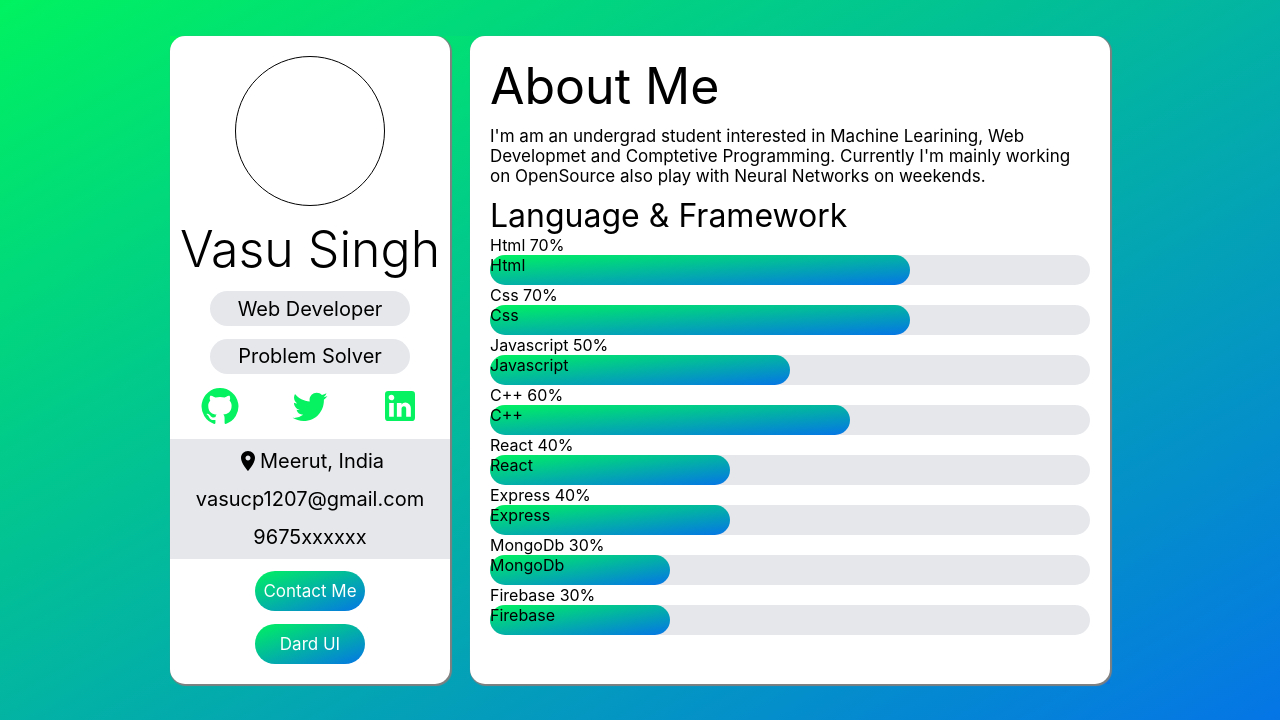
Repository: vasucp1207/grid-port
Page: /about
The author's editor kept a copy of each file at every save. The page is drawn from the files as they stood at one save, then again after the next save.
The browser window is 1280 px wide. The pictures show the whole page.
Some web fonts or font styles are not loaded; a fallback is used. The project was rebuilt for these pictures with package versions that can differ from the ones it lists, and the page was loaded fresh each time. Also part of the build but not shown: src/pages/Home.js, src/pages/Projects.js.

Above is the page before, as saved 2022-08-17 01:50:01.

### public/index.html
<!DOCTYPE html>
<html lang="en">
  <head>
    <meta charset="utf-8" />
    <link rel="icon" href="%PUBLIC_URL%/favicon.ico" />
    <meta name="viewport" content="width=device-width, initial-scale=1" />
    <meta name="theme-color" content="#000000" />
    <meta
      name="description"
      content="Web site created using create-react-app"
    />
    <link rel="apple-touch-icon" href="%PUBLIC_URL%/logo192.png" />
    <!--
      manifest.json provides metadata used when your web app is installed on a
      user's mobile device or desktop. See https://developers.google.com/web/fundamentals/web-app-manifest/
    -->
    <link rel="manifest" href="%PUBLIC_URL%/manifest.json" />
    <link rel="preconnect" href="https://fonts.googleapis.com">
<link rel="preconnect" href="https://fonts.gstatic.com" crossorigin>
<link href="https://fonts.googleapis.com/css2?family=Kantumruy+Pro:wght@200;300&family=Open+Sans:ital,wght@0,300;0,600;0,700;1,800&family=Poppins:wght@400;600&family=Raleway:wght@300&family=Roboto+Flex:opsz,wght@8..144,300;8..144,400;8..144,500&display=swap" rel="stylesheet">
    <!--
      Notice the use of %PUBLIC_URL% in the tags above.
      It will be replaced with the URL of the `public` folder during the build.
      Only files inside the `public` folder can be referenced from the HTML.

      Unlike "/favicon.ico" or "favicon.ico", "%PUBLIC_URL%/favicon.ico" will
      work correctly both with client-side routing and a non-root public URL.
      Learn how to configure a non-root public URL by running `npm run build`.
    -->
    <title>React App</title>
  </head>
  <body>
    <noscript>You need to enable JavaScript to run this app.</noscript>
    <div id="root"></div>
    <!--
      This HTML file is a template.
      If you open it directly in the browser, you will see an empty page.

      You can add webfonts, meta tags, or analytics to this file.
      The build step will place the bundled scripts into the <body> tag.

      To begin the development, run `npm start` or `yarn start`.
      To create a production bundle, use `npm run build` or `yarn build`.
    -->
  </body>
</html>

### src/index.css
body {
  margin: 0;
  font-family: -apple-system, BlinkMacSystemFont, 'Segoe UI', 'Roboto', 'Oxygen',
    'Ubuntu', 'Cantarell', 'Fira Sans', 'Droid Sans', 'Helvetica Neue',
    sans-serif;
  -webkit-font-smoothing: antialiased;
  -moz-osx-font-smoothing: grayscale;

  --gray: rgb(205, 195, 195);
  background-image: linear-gradient(to right bottom,#00f260,#0575e6);
}

::selection{
  background: rgb(71, 219, 106);
}

### src/App.js
import './App.css';
import { Link, Route, Routes } from 'react-router-dom';
import AboutMe from './pages/AboutMe';
import Home from './pages/Home';
import Projects from './pages/Projects';

function App() {
  return (
    <div>
      <Routes>
        <Route exact path="/" element={<Home />} />
        <Route exact path="/about" element={<AboutMe />} />
        <Route exact path="/projects" element={<Projects />} />
      </Routes>
    </div>
  );
}

export default App;

### src/App.css
:root {
  --d: 700ms;
  --e: cubic-bezier(0.19, 1, 0.22, 1);
  --font-sans: "Rubik", sans-serif;
  --font-serif: "Cardo", serif;
  font-family: Poppins;
}

* {
  box-sizing: border-box;
  padding: 0;
  margin: 0;
}

html, body {
  height: 100vh;
  width: 100vw;
}

body {
  display: grid;
  place-items: center;
}

.page-content {
  display: grid;
  width: 100vw;
  height: 100vh;
  margin: 0 auto;
}
@media (min-width: 600px) {
  .page-content {
    grid-template-columns: repeat(2, 1fr);
  }
}
@media (min-width: 800px) {
  .page-content {
    grid-template-columns: repeat(2, 1fr);
  }
}

.card {
  position: relative;
  display: flex;
  align-items: flex-end;
  overflow: hidden;
  padding: 1rem;
  width: 100%;
  text-align: center;
  color: whitesmoke;
  background-color: whitesmoke;
  box-shadow: 0 1px 1px rgba(0, 0, 0, 0.1), 0 2px 2px rgba(0, 0, 0, 0.1), 0 4px 4px rgba(0, 0, 0, 0.1), 0 8px 8px rgba(0, 0, 0, 0.1), 0 16px 16px rgba(0, 0, 0, 0.1);
}
@media (min-width: 600px) {
  .card {
    height: 100vh;
  }
}
.card:before {
  content: "";
  position: absolute;
  top: 0;
  left: 0;
  width: 100%;
  height: 110%;
  background-size: cover;
  background-position: 0 0;
  transition: transform calc(var(--d) * 1.5) var(--e);
  pointer-events: none;
}
.card:after {
  content: "";
  display: block;
  position: absolute;
  top: 0;
  left: 0;
  width: 100%;
  height: 200%;
  pointer-events: none;
  background-image: linear-gradient(to bottom, rgba(0, 0, 0, 0) 0%, rgba(0, 0, 0, 0.009) 11.7%, rgba(0, 0, 0, 0.034) 22.1%, rgba(0, 0, 0, 0.072) 31.2%, rgba(0, 0, 0, 0.123) 39.4%, rgba(0, 0, 0, 0.182) 46.6%, rgba(0, 0, 0, 0.249) 53.1%, rgba(0, 0, 0, 0.32) 58.9%, rgba(0, 0, 0, 0.394) 64.3%, rgba(0, 0, 0, 0.468) 69.3%, rgba(0, 0, 0, 0.54) 74.1%, rgba(0, 0, 0, 0.607) 78.8%, rgba(0, 0, 0, 0.668) 83.6%, rgba(0, 0, 0, 0.721) 88.7%, rgba(0, 0, 0, 0.762) 94.1%, rgba(0, 0, 0, 0.79) 100%);
  transform: translateY(-50%);
  transition: transform calc(var(--d) * 2) var(--e);
}
.card:nth-child(1):before {
  background-image: url(https://images.unsplash.com/photo-1493612276216-ee3925520721?ixlib=rb-1.2.1&ixid=MnwxMjA3fDB8MHxwaG90by1wYWdlfHx8fGVufDB8fHx8&auto=format&fit=crop&w=2864&q=80);
}
.card:nth-child(2):before {
  background-image: url(https://images.unsplash.com/photo-1492551557933-34265f7af79e?ixlib=rb-1.2.1&ixid=MnwxMjA3fDB8MHxwaG90by1wYWdlfHx8fGVufDB8fHx8&auto=format&fit=crop&w=1740&q=80);
}
.card:nth-child(3):before {
  background-image: url(https://images.unsplash.com/photo-1545243424-0ce743321e11?ixlib=rb-1.2.1&q=80&fm=jpg&crop=entropy&cs=tinysrgb&w=400&fit=max&ixid=eyJhcHBfaWQiOjE0NTg5fQ);
}
.card:nth-child(4):before {
  background-image: url(https://images.unsplash.com/photo-1531306728370-e2ebd9d7bb99?ixlib=rb-1.2.1&q=80&fm=jpg&crop=entropy&cs=tinysrgb&w=400&fit=max&ixid=eyJhcHBfaWQiOjE0NTg5fQ);
}

.content {
  position: relative;
  display: flex;
  flex-direction: column;
  align-items: center;
  width: 100%;
  padding: 1rem;
  transition: transform var(--d) var(--e);
  z-index: 1;
}
.content > * + * {
  margin-top: 1rem;
}

.title {
  font-size: 50px;
  font-weight: 400;
}

.copy {
  font-size: 30px;
}

.btn {
  cursor: pointer;
  margin-top: 1.5rem;
  padding: 0.75rem 1.5rem;
  font-size: 20px;
  letter-spacing: 0.025rem;
  text-transform: uppercase;
  color: white;
  background-color: black;
  border: none;
}
.btn:hover {
  background-color: white;
  color: black;
  transition: 0.3;
  border-radius: 7px;
}
.btn:focus {
  outline: 1px dashed yellow;
  outline-offset: 3px;
}

@media (hover: hover) and (min-width: 600px) {
  .card:after {
    transform: translateY(0);
  }

  .content {
    transform: translateY(calc(100% - 4.5rem));
  }
  .content > *:not(.title) {
    opacity: 0;
    transform: translateY(1rem);
    transition: transform var(--d) var(--e), opacity var(--d) var(--e);
  }

  .card:hover,
.card:focus-within {
    align-items: center;
  }
  .card:hover:before,
.card:focus-within:before {
    transform: translateY(-4%);
  }
  .card:hover:after,
.card:focus-within:after {
    transform: translateY(-50%);
  }
  .card:hover .content,
.card:focus-within .content {
    transform: translateY(0);
  }
  .card:hover .content > *:not(.title),
.card:focus-within .content > *:not(.title) {
    opacity: 1;
    transform: translateY(0);
    transition-delay: calc(var(--d) / 8);
  }

  .card:focus-within:before, .card:focus-within:after,
.card:focus-within .content,
.card:focus-within .content > *:not(.title) {
    transition-duration: 0s;
  }
}

### src/pages/AboutMe.js
import React from 'react'
import { motion } from 'framer-motion'
import styled from 'styled-components'
import GitHubIcon from '@mui/icons-material/GitHub';
import TwitterIcon from '@mui/icons-material/Twitter';
import LinkedInIcon from '@mui/icons-material/LinkedIn';
import LocationOnIcon from '@mui/icons-material/LocationOn';
import ProgressBar from '../components/ProgressBar';

function AboutMe() {

    const pageVarients = {
        initial: {
            opacity: 0
        },
        in: {
            opacity: 1
        },
        out: {
            opacity: 0
        }
    }

    return (
        <motion.div
            initial='initial'
            animate='in'
            exit='out'
            variants={pageVarients}
            transition={{ delay: 0.5, type: 'spring' }}
        >

            <Container>
                <Comp>
                    <Left>
                        <div class='avatar'></div>
                        <h1 class='name'>Vasu Singh</h1>
                        <div class='sim-btn'>Web Developer</div>
                        <div class='sim-btn'>Problem Solver</div>
                        <div class='icon-cont'>
                            <GitHubIcon className='icons' />
                            <TwitterIcon className='icons' />
                            <LinkedInIcon className='icons' />
                        </div>
                        <div class='address'>
                            <p class='city'><LocationOnIcon /> Meerut, India</p>
                            <p>vasucp1207@gmail.com</p>
                            <p>9675xxxxxx</p>
                        </div>
                        <div class='gb-btn'>Contact Me</div>
                        <div class='gb-btn'>Dard UI</div>
                    </Left>
                    <Right>
                        <h1 class='title'>About Me</h1>
                        <p class='des'>I'm am an undergrad student interested in Machine Learining, Web Developmet and Comptetive Programming. Currently I'm mainly working on OpenSource also play with Neural Networks on weekends.</p>
                        <h1 class='skills'>Language & Framework</h1>

                        <ProgressBar lang='Html' per='70%'/>
                        <ProgressBar lang='Css' per='70%'/>
                        <ProgressBar lang='Javascript' per='50%'/>
                        <ProgressBar lang='C++' per='60%'/>
                        <ProgressBar lang='React' per='40%'/>
                        <ProgressBar lang='Express' per='40%'/>
                        <ProgressBar lang='MongoDb' per='30%'/>
                        <ProgressBar lang='Firebase' per='30%'/>

                    </Right>
                </Comp>

            </Container>
        </motion.div>
    )
}

export default AboutMe

const Container = styled.div`
    background: white;
`

const Comp = styled.div`
    display: flex;
    gap: 20px;
    background-image: linear-gradient(to right bottom,#00f260,#0575e6);
`

const Left = styled.div`
    height: 90vh;
    width: 280px;
    box-shadow: 1px 1px 1px 1px gray;
    display: flex;
    justify-content: space-between;
    align-items: center;
    flex-direction: column;
    padding-bottom: 20px;
    background: white;
    border-radius: 15px;

    .avatar{
        margin-top: 20px;
        height: 150px;
        border: 1px solid black;
        width: 150px;
        border-radius: 50%;
    }

    .name{
        font-size: 50px;
        font-weight: 300;
    }

    .sim-btn{
        font-size: 20px;
        background: rgb(229,231,235);
        width: 200px;
        height: 35px;
        border-radius: 9999px;
        display: flex;
        justify-content: center;
        align-items: center;
    }

    .icon-cont{
        width: 280px;
        padding-left: 30px;
        padding-right: 30px;
        display: flex;
        justify-content: space-between;
        align-items: center;
    }

    .icons{
        height: 40px;
        width: 40px;
        color: #07f260;
        cursor: pointer;

        :hover{
            color: black;
        }
    }

    .address{
        background: rgb(229,231,235);;
        font-size: 20px;
        display: flex;
        flex-direction: column;
        align-items: center;
        justify-content: space-between;
        width: 280px;
        height: 120px;
        padding: 10px;
    }

    .gb-btn{
        width: 110px;
        border-radius: 9999px;
        background-image: linear-gradient(to right bottom,#00f260,#0575e6);
        color: white;
        font-size: 17px;
        height: 40px;
        display: flex;
        justify-content: center;
        align-items: center;
        cursor: pointer;
    }

    .city{
        display: flex;
        justify-content: center;
        align-items: center;
    }
`

const Right = styled.div`
    height: 90vh;
    width: 50vw;
    box-shadow: 1px 1px 1px 1px gray;
    background: white;
    border-radius: 15px;
    padding: 20px;

    .title{
        font-weight: 400;
        margin-bottom: 10px;
    }

    .des{
        font-size: 17px;
        margin-bottom: 10px;
    }

    .skills{
        font-weight: 400;
    }
`

### src/components/ProgressBar.js
import React from 'react'
import styled from 'styled-components'
import { keyframes } from 'styled-components';
import { motion } from 'framer-motion'

function ProgressBar({lang, per}) {
    return (
        <Contanier>
            <div class='detail'>
                <div class='lang'><span>{lang} </span><span>{per}</span></div>
                <div class='bar'>
                    <motion.div className='fill'
                        animate={{width: per}}
                        transition={{duration: 2}}
                    >
                        <p>{lang}</p>
                    </motion.div>
                </div>
            </div>
        </Contanier>
    )
}

export default ProgressBar

const Contanier = styled.div`
     .bar{
        width: 100%;
        height: 30px;
        border-radius: 9999px;
        background: rgb(229,231,235);
    }

    .fill{
        width: 0;
        border-radius: 9999px;
        height: 30px;
        background-image: linear-gradient(to right bottom,#00f260,#0575e6);
    }
`

Loaded but not shown: src/index.js (common file)

After the next save:
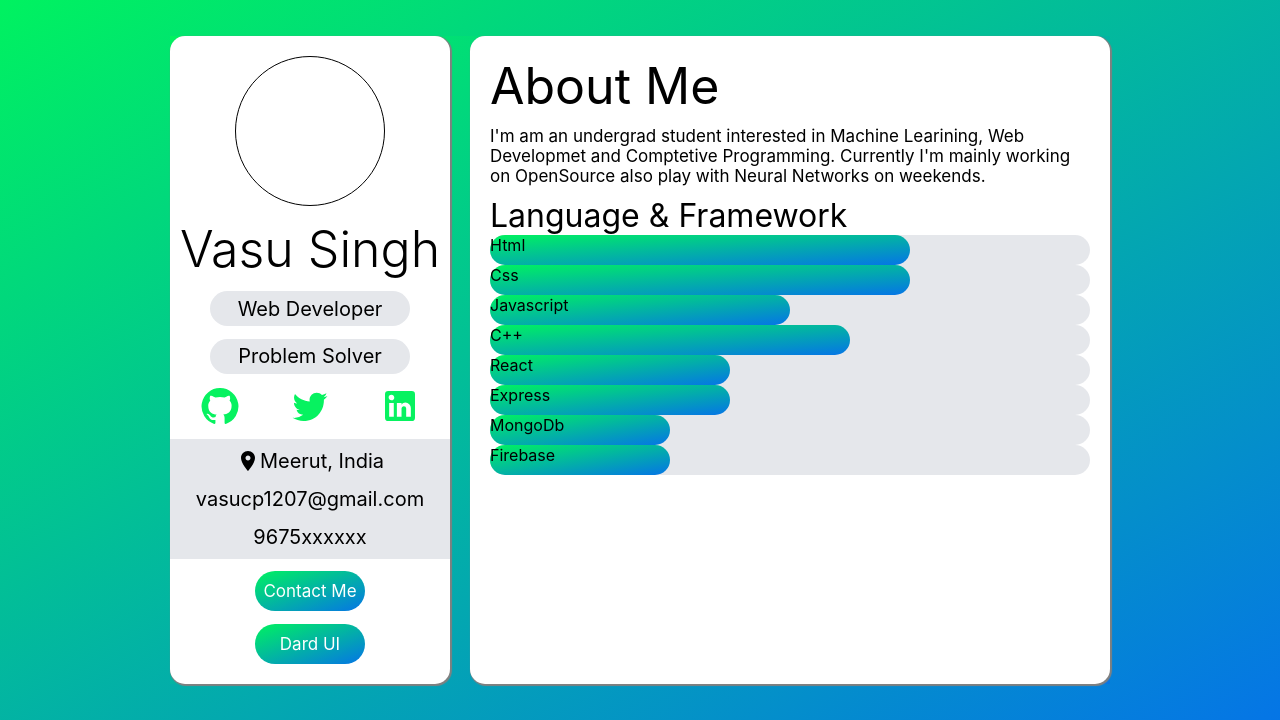
Saved 12 s later.
--- a/src/components/ProgressBar.js
+++ b/src/components/ProgressBar.js
@@ -7,7 +7,6 @@ function ProgressBar({lang, per}) {
     return (
         <Contanier>
             <div class='detail'>
-                <div class='lang'><span>{lang} </span><span>{per}</span></div>
                 <div class='bar'>
                     <motion.div className='fill'
                         animate={{width: per}}
